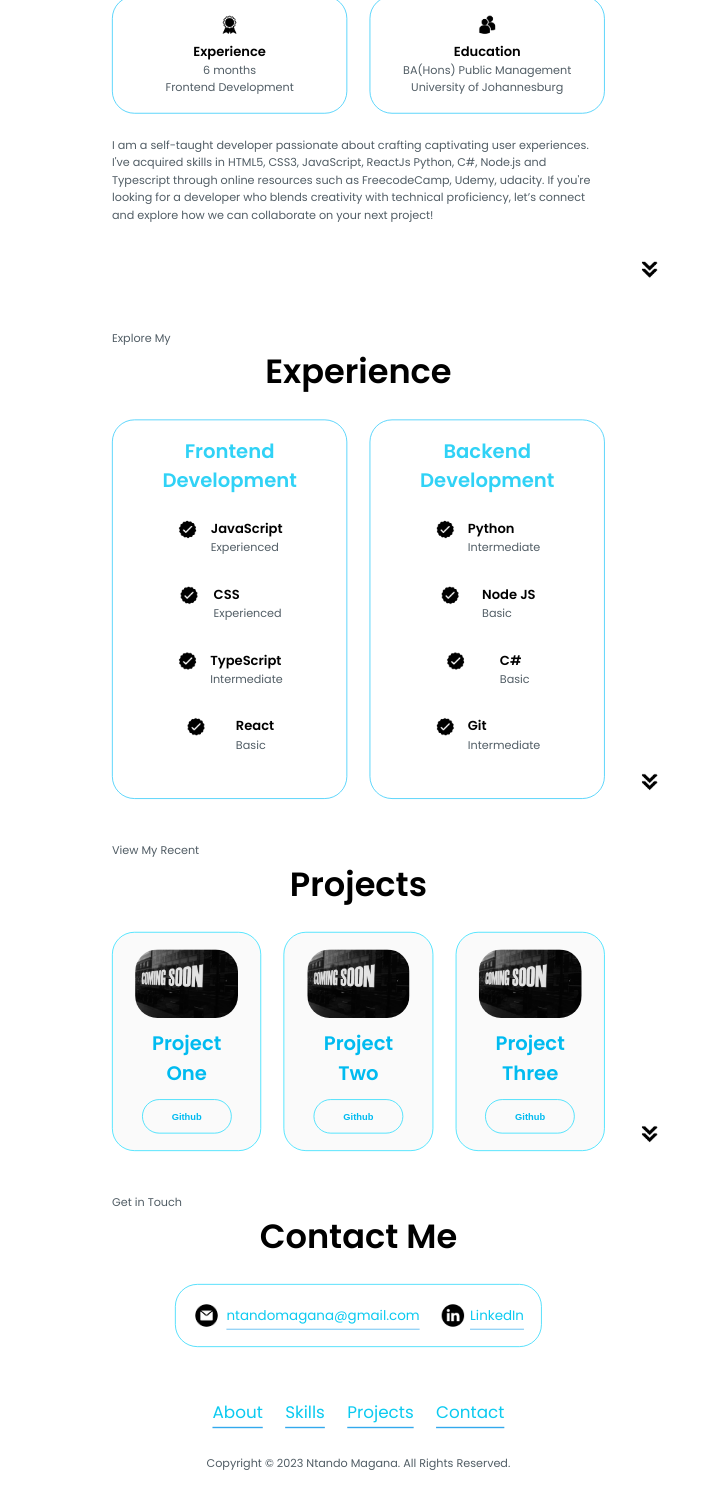
Repository: ntandomagana/FS-Dev-Portfolio
Page: index.html
These files come from the project's save history. The page is drawn as it stood at one moment and after a run of saves; the edit follows.
The browser window is 1024 px wide. The pictures show the part of the page from y = 1065 to 3305 px (the page is 3209 px tall before and 3305 px after), at 70% of full size.

Above is the page before, as saved 2024-05-06 11:18:53.

After the next 6 saves:
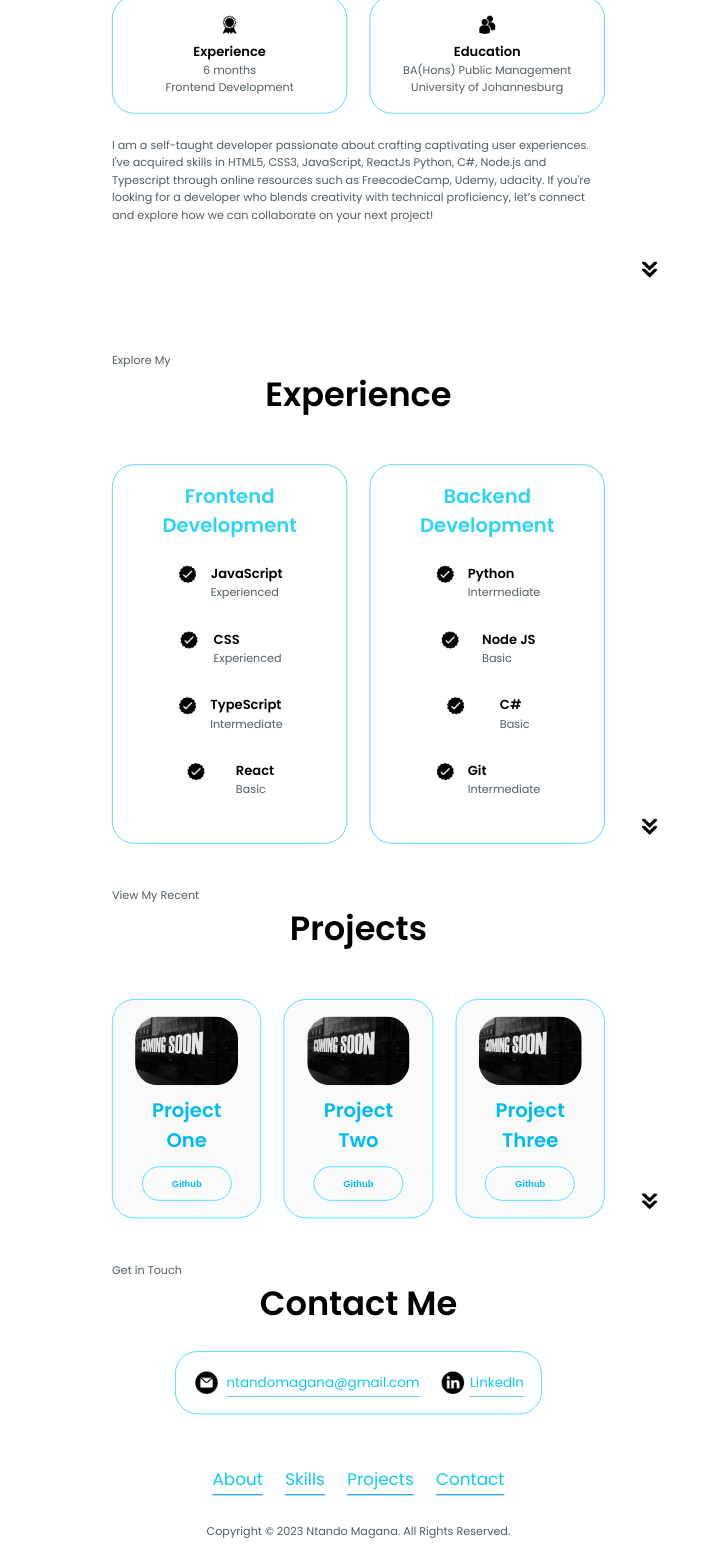
The 6 saves are shown as one change because they came seconds apart.
The last was saved 20 s later.
--- a/mediaqueries.css
+++ b/mediaqueries.css
@@ -25,6 +25,9 @@
 
     #experience,
     .experience-details-container {
+        margin-top: 2rem;
 
     }
+
+    #profile,
 }
